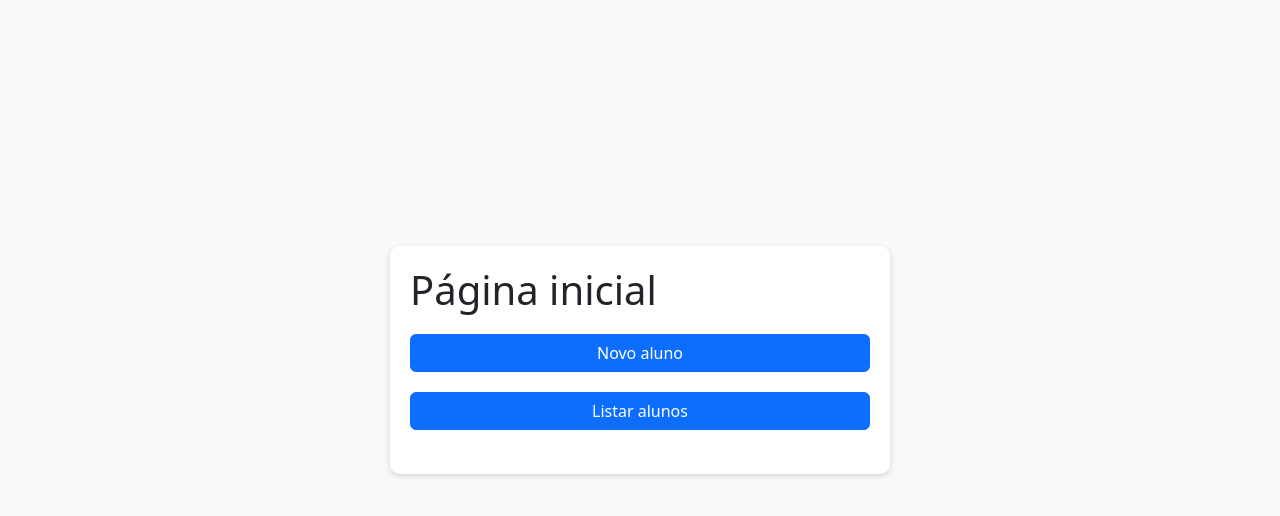
Repository: juliatbarbosa/CRUD-ALUNOS
Page: http://localhost/OlaMundo/alunos/cadastro/index.jsp
The author's editor kept a copy of each file at every save. The page is drawn from the files as they stood at one save, then again after the next save.
The browser window is 1280 px wide. The pictures show the whole page.
The page is served by Tomcat 9.

Above is the page before, as saved 2024-09-29 21:18:34.

After the next save:
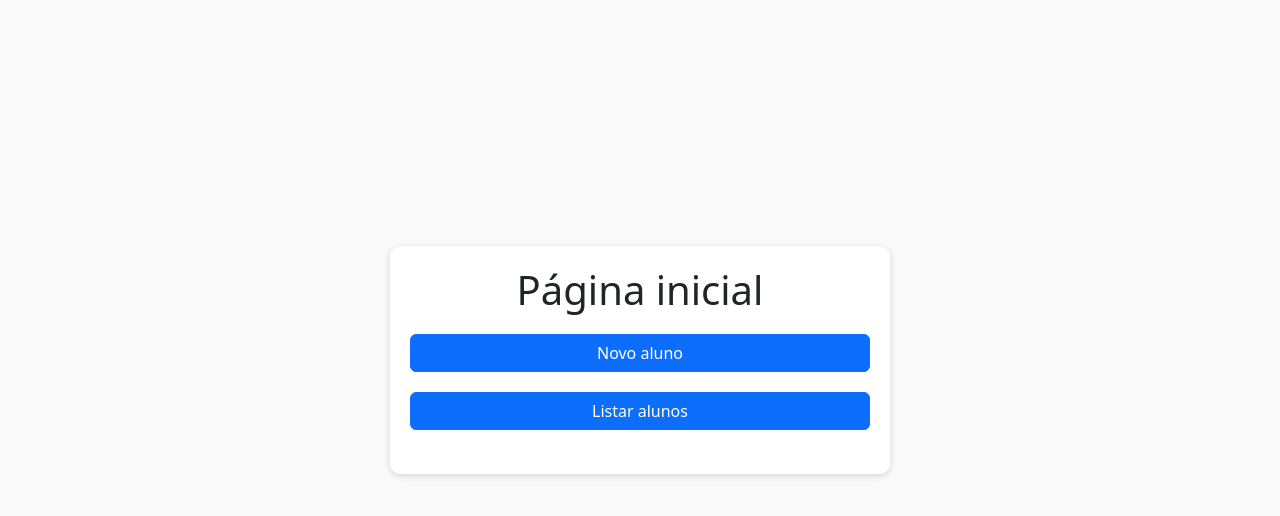
Saved 5 s later.
--- a/OlaMundo/src/main/webapp/alunos/cadastro/index.jsp
+++ b/OlaMundo/src/main/webapp/alunos/cadastro/index.jsp
@@ -31,7 +31,7 @@ body {
 
 	h1 {
 	margin-bottom:20px;
-	text
+	text-align: center;
 	}
 
 
